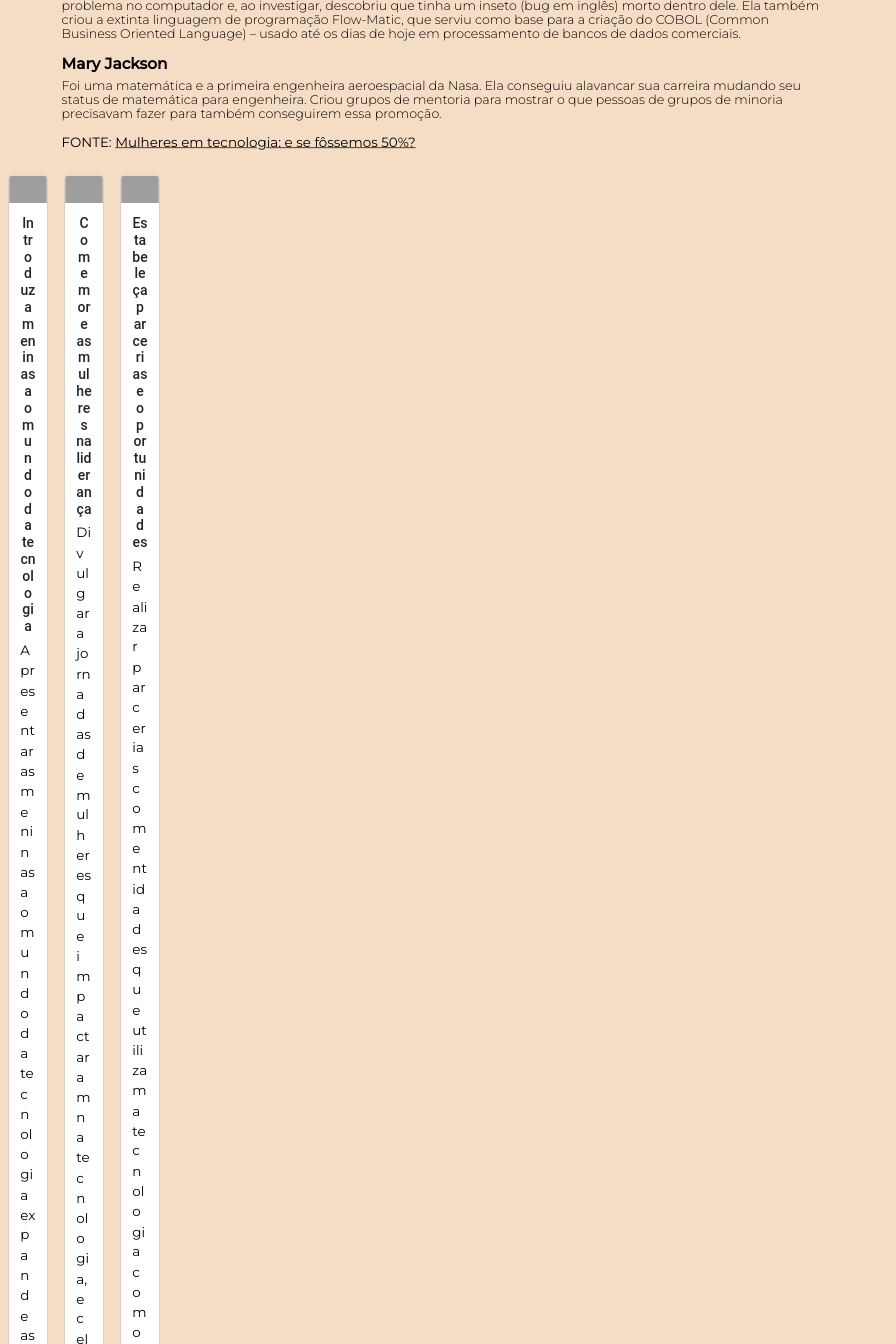
Repository: BellsBarbosa/ODS5_IGUALDADE_DE_GENERO
Page: index.html
The author's editor kept a copy of each file at every save. The page is drawn from the files as they stood at one save, then again after the next save.
The browser window is 1280 px wide. The pictures show the part of the page from y = 2001 to 3921 px (the page is 6852 px tall before and 8604 px after), at 70% of full size.
Pictures or frames that could not be fetched are drawn as grey boxes.

Above is the page before, as saved 2023-08-11 15:35:36.

### index.html
<!DOCTYPE html>
<html lang="en">

<head>
    <meta charset="UTF-8">
    <meta name="viewport" content="width=device-width, initial-scale=1.0">
    <meta name="author" content="Isabel Barbosa, Bootstrap contributors">
    <title>ODS 5 - Igualdade de Gênero</title>
    <link href="https://cdn.jsdelivr.net/npm/bootstrap@5.3.0-alpha3/dist/css/bootstrap.min.css" rel="stylesheet"
        integrity="sha384-KK94CHFLLe+nY2dmCWGMq91rCGa5gtU4mk92HdvYe+M/SXH301p5ILy+dN9+nJOZ" crossorigin="anonymous">
    <link rel="stylesheet" href="https://cdn.jsdelivr.net/npm/bootstrap-icons@1.10.5/font/bootstrap-icons.css">
    <link rel="preconnect" href="https://fonts.googleapis.com">
    <link rel="preconnect" href="https://fonts.gstatic.com" crossorigin>
    <link
        href="https://fonts.googleapis.com/css2?family=Caveat:wght@500;700&family=Kalam&family=Montserrat:ital,wght@0,300;0,400;0,500;1,400;1,500;1,600&display=swap"
        rel="stylesheet">
    <link rel="stylesheet" href="style.css">
    </script>


</head>

<body>

    <header class="header-menu">
        <nav>
            <img src="IMG/ODS5-1.jpg" alt="ODS5" width="100%" height="100%"></a>
            <ul class="lista-menu">
                <li><a href="#ods">ODS</a> </li>
                <li><a href="#dados">Dados</a></li>
                <li><a href="#destaques">Destaques</a></li>
                <li><a href="#cards">Soluções</a></li>
                <li><a href="#contato">Contatos</a></li>
            </ul>
        </nav>

    </header>


    <div class="container col-xxl-8 px-4 py-5">
        <div class="row flex-lg-row-reverse align-items-center g-5 py-5">
            <div class="col-10 col-sm-8 col-lg-6">
                <img src="IMG/4029136.jpg" class="d-block mx-lg-auto img-fluid" alt="Bootstrap Themes" loading="lazy">
            </div>
            <div class="col-lg-6">
                <h1 class="display-5 fw-bold text-body-emphasis lh-1 mb-3">ODS 5 - IGUALDADE DE GÊNERO</h1>
                <p class="lead">Aumentar o uso de tecnologias de base, em particular as tecnologias de informação
                    <br>e comunicação, para promover o empoderamento das mulheres.
                </p>
                <a href="https://brasil.un.org/pt-br/sdgs/5" class="botao" target="_blank">Saiba mais</a>
                <div class="d-grid gap-2 d-md-flex justify-content-md-start">

                </div>
            </div>
        </div>
    </div>



    <section class="container-fluid" id="ods">
        <div class="row">
            <div class="column">
                <h2 id="h2-margin">O Que são as ODS?</h2>
                <p>Os Objetivos de Desenvolvimento Sustentável são um apelo global à ação para acabar com a
                    pobreza,
                    proteger o meio ambiente e o clima e garantir que as pessoas, em todos os lugares, possam
                    desfrutar de paz e de prosperidade. Estes são os objetivos para os quais as Nações Unidas
                    estão
                    contribuindo a fim de que possamos atingir a Agenda 2030 no Brasil. O objetivo escolhido foi
                    a ODS 5.B: Aumentar o uso de tecnologias de base, em particular as
                    tecnologias de informação e comunicação, para promover o empoderamento das mulheres.
                </p>
                <img src="IMG/odssss-1-scaled.jpg" align-items="left" alt="Crédito da imagem: Estratégia Ods"
                    width="600" height="330">
                </h1>
            </div>

            <div class="column">
                <h2>ODS 5 - Igualdade de Gênero</h2>
                <p><i>Juliette Erath</i></p>
                <p>"A desigualdade de gênero é em grande parte responsável pela diferença no ambiente de
                    trabalho e
                    nas habilidades em relação a um padrão no setor de tecnologia. Para enfrentar essa
                    desigualdade
                    internacional e crescente, um esforço com empenho precisa ser feito para compreender a
                    origem
                    desse problema e solucioná-lo (...) No Brasil, em 2019, apenas 26% dos formados na área STEM
                    eram mulheres." é o que nos diz <a
                        href="https://www.ironhack.com/br/pt/blog/desigualdade-de-genero-na-tecnologia-vamos-discuti-la"
                        class="link" target="_blank">Juliette Erath em seu texto para IRONHACK.</a></p>
                <iframe width="560" height="315" src="https://www.youtube.com/embed/go-VJzRqacE"
                    title="YouTube video player" frameborder="0"
                    allow="accelerometer; autoplay; clipboard-write; encrypted-media; gyroscope; picture-in-picture; web-share"
                    allowfullscreen></iframe>
            </div>
        </div>

    </section>
    <section class="container-fluid" id="dados">
        <article class="container article-lista">
            <div class="dados">
                <h2>Dados sobre a desigualdade de gênero na tecnologia</h2>
                <ul>
                    <li> <a href="https://blog.google/intl/pt-br/novidades/por-dentro-do-google/mind-the-gap-2022-incentivando-meninas-a-ingressarem-em-carreiras-na-area-de-tecnologia/#:~:text=Segundo%20o%20estudo%20%E2%80%9CDecifrar%20o,a%20STEM%20na%20educa%C3%A7%C3%A3o%20superior."
                            class="link" target="_blank">Segundo o estudo “Decifrar o código: educação de
                            meninas e
                            mulheres em ciências, tecnologia, engenharia e matemática (STEM)” (2022), feito pela
                            ONU
                            Mulheres, 74% das mulheres se interessam por ciência, tecnologia, engenharia e
                            matemática,
                            mas apenas 30% delas escolhem campos relacionados a STEM na educação superior.</a>
                    </li> </br>
                    <a href="http://www.onumulheres.org.br/noticias/onu-mulheres-defende-investimentos-publicos-e-privados-em-igualdade-de-genero-para-aumentar-participacao-de-meninas-e-mulheres-em-ciencia-e-tecnologia/"
                        class="link" target="_blank">Em 2019 a ONU Mulheres fez o alerta global de que as
                        mulheres estão
                        fora dos principais postos de trabalho gerados pela revolução digital. Elas têm somente
                        18% dos
                        títulos de graduação em Ciências da Computação e são, atualmente, apenas 25% da força de
                        trabalho da indústria digital.</a></li> </br> </br>
                    <li> <a href="https://www.vittude.com/blog/mulheres-na-tecnologia-os-desafios-femininos-no-setor/"
                            class="link" target="_blank"> Mesmo com todas essas adversidades, o Cadastro Geral
                            de
                            Empregados e Desempregados (Caged), apontou que a participação das mulheres cresceu
                            60% nos
                            últimos cinco, passando de 27,9 mil para 44,5 em 2019. No entanto, o avanço ainda é
                            tímido e
                            elas representam somente 20% dos profissionais de tecnologia do país.</a> </li>
                    </br>
                </ul> <br>

            </div>
        </article>
    </section>
    <section class="container-fluid" id="destaques">
        <article class="container article-lista">
                <h2>Mulheres importantes na história da tecnologia</h2>
                <ul>
                    <li>
                        <p class="lista-titulo">Ada Lovelace</p>
                        <p class="lista-descricao">
                            Ela foi a primeira pessoa a escrever um algoritmo que pôde ser processado por
                            uma máquina.
                            Ada foi reconhecida depois de muitos anos e hoje ela é lembrada com celebrações.
                            Existe um
                            dia, o Ada Lovelace Day, na segunda terça-feira de outubro, que visa incentivar
                            as mulheres
                            a avançarem em matemática e ciência. Detalhe: foi sua mãe quem a estimulou a
                            estudar
                            matemática é lógica.</br>
                            </br>
                        </p>
                    </li>
                    <li>
                        <p class="lista-titulo">Grace Hopper</p>

                        <p class="lista-descricao">
                            Foi almirante e analista de sistemas da marinha dos EUA. Foi ela quem inventou o
                            termo
                            “bug”: ela estava com um problema no computador e, ao investigar, descobriu que
                            tinha um
                            inseto (bug em inglês) morto dentro dele. Ela também criou a extinta linguagem
                            de
                            programação Flow-Matic, que serviu como base para a criação do COBOL (Common
                            Business
                            Oriented Language) – usado até os dias de hoje em processamento de bancos de
                            dados
                            comerciais. </br>

                        </p>
                    </li>
                    <li>
                        <p class="lista-titulo">Mary Jackson</p>

                        <p class="lista-descricao">
                            Foi uma matemática e a primeira engenheira aeroespacial da Nasa. Ela conseguiu
                            alavancar sua
                            carreira mudando seu status de matemática para engenheira. Criou grupos de
                            mentoria para
                            mostrar o que pessoas de grupos de minoria precisavam fazer para também
                            conseguirem essa
                            promoção. </br>

                        </p>
                    </li>
                    <p class="fonte">FONTE: <a target="_blanck"
                            href="http://www.onumulheres.org.br/noticias/onu-mulheres-defende-investimentos-publicos-e-privados-em-igualdade-de-genero-para-aumentar-participacao-de-meninas-e-mulheres-em-ciencia-e-tecnologia/">Mulheres
                            em tecnologia: e se fôssemos 50%?</a></p>

            </div>

        </article>
    </section>


    <section class="container-fluid" id="cards">
        <div class="row row-cols-1 row-cols-md-3 g-4">
            <div class="col">
                <div class="card">
                    <img src="IMG/criança.jpg" class="card-img-top" alt="...">
                    <div class="card-body">
                        <h5 class="card-title text-center">Introduza meninas ao mundo da tecnologia</h5>
                        <p class="card-text justify-content-evenly">Apresentar as meninas ao mundo da tecnologia expande
                            as chances delas desenvolverem suas habilidades e criatividade,
                            proporcionando a elas a chance de inventar, criar e aprender sobre a área.</p>
                    </div>
                </div>
            </div>
            <div class="col">
                <div class="card">
                    <img src="IMG/mulher_liderança.jpg" class="card-img-top" alt="...">
                    <div class="card-body">
                        <h5 class="card-title text-center">Comemore as mulheres na liderança</h5>
                        <p class="card-text justify-content-evenly">Divulgar a jornadas de mulheres que impactaram na
                            tecnologia, e celebrar o trabalho dessas vitoriosas, irá inspirar
                            nossas meninas e mulheres a iniciar suas próprias carreiras na área tecnológica..</p>
                    </div>
                </div>
            </div>
            <div class="col">
                <div class="card">
                    <img src="IMG/parcerias.jpg" class="card-img-top" alt="...">
                    <div class="card-body">
                        <h5 class="card-title text-center">Estabeleça parcerias e oportunidades</h5>
                        <p class="card-text justify-content-evenly">Realizar parcerias com entidades que utilizam a
                            tecnologia como instrumento para diminuir a desigualdade de gênero irá
                            expandir o alcance desses projetos, aumentando assim a inserção de mulheres na
                            tecnologia.</p>
                    </div>
                </div>
            </div>

        </div>
    </section> <br>


    <footer class="rodape" id="contato">
        <div class="container">
            <div class="row">
                <div class="column">
                    <ul class="lista-rodape">
                        <li> <i class="bi bi-envelope"></i><a href="barbosa.isabelcristina@gmail.com" target="_blank"
                                class="link-icone">
                                barbosa.isabelcristina@gmail.com</a></li>
                        <li><i class="bi bi-linkedin"></i><a href="https://www.linkedin.com/in/isabel-barbosa-aa080456/"
                                target="_blank" class="link-icone"> Isabel Barbosa</a></li>
                        <li><i class="bi bi-github"></i><a href="https://github.com/BellsBarbosa" target="_blank"
                                class="link-icone">
                                BellsBarbosa</a></li>
                        <li><i class="bi bi-arrow-up-square-fill"></i><a href="#top" class="link-icone"> Topo da
                                página</a></li>

                    </ul>
                </div>
                <div class="column">
                    <ul class="lista-rodape">
                        <li>Créditos:</li>
                        <li>Imagem ODS:<a href="https://estrategiaods.org.br/" target="_blank" class="link-icone">
                                Estratégia ODS</a></li>
                        </li>
                        <li>Hero Image:<a
                                href="https://br.freepik.com/vetores-gratis/conceito-de-igualdade-de-genero_8925920.htm#query=igualdade%20de%20genero&position=0&from_view=search&track=ais">Imagem
                                de pikisuperstar</a> no Freepik</li>
                        </li>
                        <li> Video: <a href="https://www.youtube.com/watch?v=go-VJzRqacE&ab_channel=CentroCulturalLight"
                                target="_blank" class="link-icone">
                                Centro Cultural Light</a></li>
                        </li>
                        <li> Card 1: <a
                                href="https://br.freepik.com/fotos-gratis/garotinha-afro-americana-feliz-durante-videochamada-com-laptop_20052825.htm#query=meninas%20na%20tecnologia&position=14&from_view=search&track=ais">Imagem
                                de master1305</a> no Freepik
                        </li>
                        <li> Card 2: <a
                                href="https://br.freepik.com/fotos-gratis/mulher-afro-americana-confiante-com-documentos-em-papel_6882196.htm#query=mulheres%20na%20lideran%C3%A7a&position=19&from_view=search&track=ais">Imagem
                                de pch.vector</a> no Freepik
                        </li>
                        <li> Card 3: <a
                                href="https://br.freepik.com/fotos-gratis/mulheres-de-negocios-felizes-apoiando-uns-aos-outros-e-de-maos-dadas-em-um-cafe_26402023.htm#query=mulheres%20na%20lideran%C3%A7a&position=17&from_view=search&track=ais">Imagem
                                de Drazen Zigic</a> no Freepik
                        </li>
                    </ul>
                </div>
            </div>


        </div>
    </footer>

### style.css
 @import url('https://fonts.googleapis.com/css2?family=Caveat:wght@500;700&family=Kalam&family=Montserrat:ital,wght@0,300;0,400;0,500;1,400;1,500;1,600&display=swap');

 * {

   margin: 0;

   padding: 0;

   outline: 0;
 }

 body {

   font-family: 'Roboto', sans-serif;
   margin: 0;
   background-color: #f5ddc5;
   display: flex;
   min-height: 100vh;
   flex-direction: column;
   margin-top: 0%;
   position: relative;
   width: 100%;
   margin: 0 auto;
   padding: 0;

 }

 p {
   font-size: 1.2em;
   font-family: 'Montserrat', sans-serif;
   color: #000000;

 }

 a {
   color: rgb(0, 0, 0);
 }

 .h2 {
   color: #0b0b0b
 }

 li {

   list-style: none;
 }

 .header-menu {

   display: flex;
   position: fixed;
   width: 100%;
   padding: 8px;
   padding-bottom: 32px;
   padding-top: 32px;
   height: 30px;
   background-color: #6e999c;
 }

 .header-menu nav {
   display: flex;
   justify-content: flex-end;
   width: 100%;
 }

 .lista-menu {
   display: flex;
   justify-content: space-evenly;
   width: 50%;
   align-items: center;
 }

 .lista-menu li>a {
   color: #FFF;
   font-size: 18px;
   text-decoration: inherit;
 }

 .lista-titulo {
   font-weight: 600;
 }

 .lista-titulo {
   margin-bottom: 5px;
   font-size: 22px;
   color: #000000;
   font-weight: 700;
 }

 .lista-local {
   font-size: 18px;
   color: #000000;

 }

 .lista-descricao {
   font-size: 18px;
   margin-top: 5px;
   line-height: 20px;
   color: #000000;
   font-weight: 300;
 }

 .botao {
   border-radius: 8px;
   border: 1px solid #9fadaa;
   color: #9fadaa;
   font-size: 1.2em;
   line-height: 25px;
   text-align: center;
   text-decoration: none;
   text-transform: uppercase;
   padding: 10px 20px 10px 20px;
   position: relative;
   width: 200px;
 }

 .botao a {
   padding-left: 20%;
 }

 .botao a:hover {
   color: #000000;
   font-size: 1.2em;
 }


 .column {
   float: left;
   width: 50%;
   padding: 3%;
   color: #000000;
   text-align: justify;
 }

 /* Clear floats after the columns */
 .row:after {
   content: "";
   display: table;
   clear: both;
 }

 .ods {
   padding-bottom: 3%;
 }

 .dados {
   padding: 3px;
   align-content: center;
   color: #000000
 }

 .destaques {
   padding: 3px;
   align-content: center;
   color: #000000;
   padding-bottom: 3%;
   display: flex;
 }

 .cards {

   padding: 3px;
   align-content: center;
   color: #000000;
   padding-bottom: 3%;
 }

 .rodape {
   height: 300px;
   display: flex;
   align-items: center;
   background-color: #6e999c;

 }

 .lista-rodape {
   color: #000000;
   font-weight: 700;
   font-size: 20px;
   margin-bottom: 16px;
   display: flex;
   align-items: flex-start;
   flex-direction: column;

 }

 .estilo-icone {
   font-size: 32px;
   margin-right: 10px;
 }

 @media screen and (min-width: 800px) {
   .container {
     margin: 1em 2em;
   }
 }
 .col {
   width: 6.25%;
   /* 60 / 960 = 0.0625 */
 }
 .container {
   column-count: 1;
 }

After the next save:
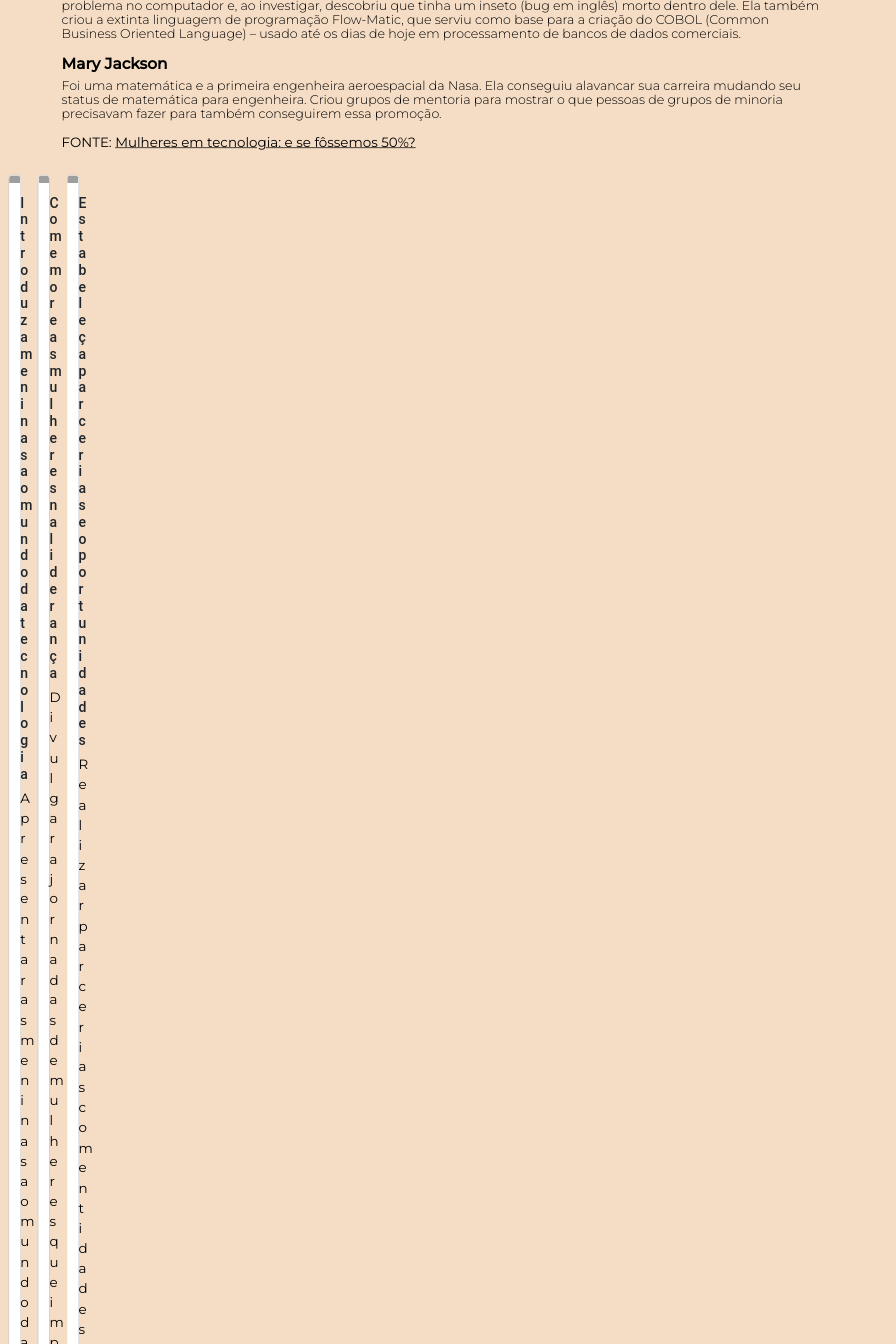
Saved 5 s later.
--- a/style.css
+++ b/style.css
@@ -196,7 +196,7 @@
    }
  }
  .col {
-   width: 6.25%;
+   width: 3.25%;
    /* 60 / 960 = 0.0625 */
  }
  .container {
